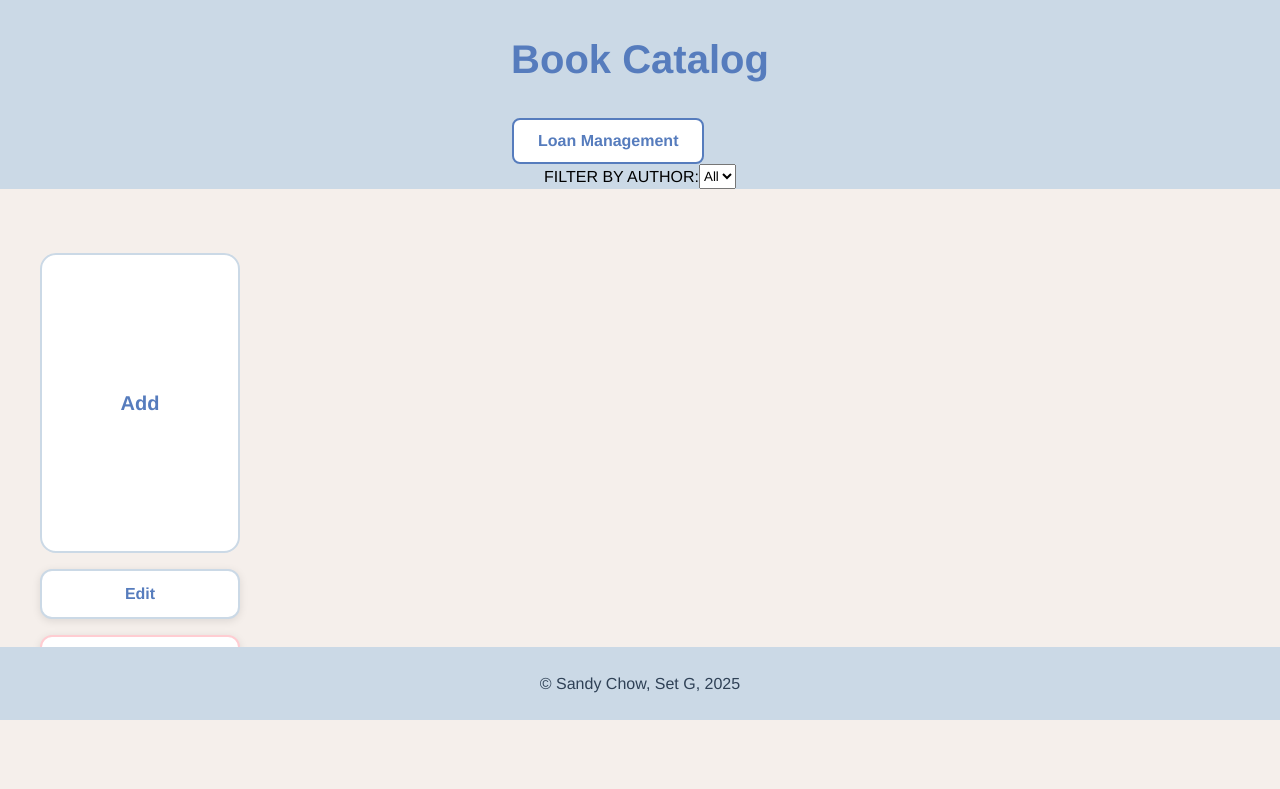
Repository: Bcit-sandy/COMP3170_Lab7
Page: /
An editor plug-in stored every save of this project. The page is shown before and after the next save, followed by the edit.
The browser window is 1280 px wide. The pictures show the whole page.
The project was rebuilt for these pictures with package versions that can differ from the ones it lists, and the page was loaded fresh each time. Also part of the build but not shown: vite.config.js, src/components/Info.jsx, src/components/Book.jsx, src/components/LoanManagement.jsx.

Above is the page before, as saved 2025-11-02 15:29:21.

After the next save:
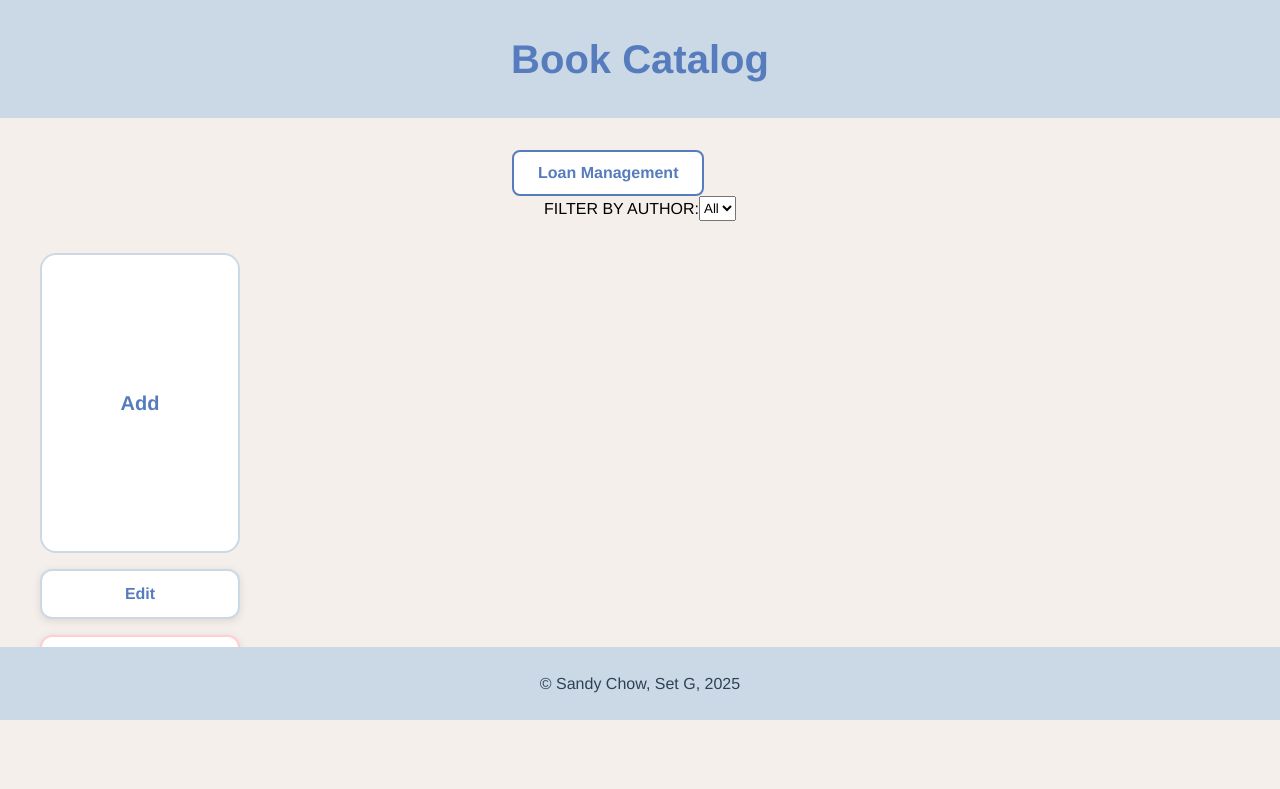
Saved 2 min 2 s later.
--- a/src/App.jsx
+++ b/src/App.jsx
@@ -116,24 +116,22 @@ function App() {
     <div>
       <header className="app-header">
        <h1 className="app-name">Book Catalog</h1>
-       {currentView === 'books' && (
-         <div className="header-controls">
-           <ViewToggle
-             currentView={currentView}
-             onViewChange={setCurrentView}
-           />
-           <Filter
-             authors={authors}
-             onFilterChange={setFilterAuthor}
-             currentFilter={filterAuthor}
-           />
-         </div>
-       )}
       </header>
 
       <main className="app-main">
         {currentView === 'books' ? (
           <>
+            <div className="header-controls">
+              <ViewToggle
+                currentView={currentView}
+                onViewChange={setCurrentView}
+              />
+              <Filter
+                authors={authors}
+                onFilterChange={setFilterAuthor}
+                currentFilter={filterAuthor}
+              />
+            </div>
             <div className="app-content-container">
               <div className="add-button-column">
                 <Add
